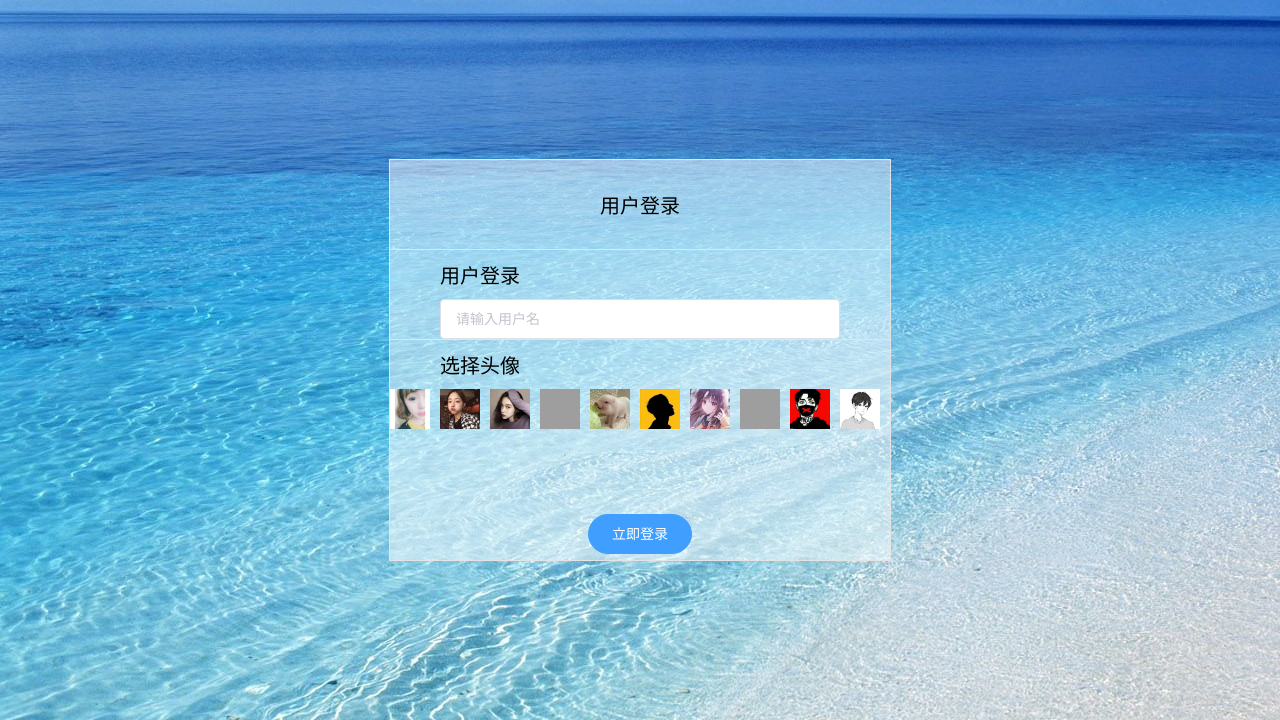
Repository: jinggegeZ/livechat
Page: /login
These files come from the project's save history. The page is drawn as it stood at one moment and after the next save; the edit follows.
The browser window is 1280 px wide. The pictures show the whole page.
Pictures or frames that could not be fetched are drawn as grey boxes. The project was rebuilt for these pictures with package versions that can differ from the ones it lists, and the page was loaded fresh each time. Also part of the build but not shown: src/views/Home.vue.

Above is the page before, as saved 2020-08-17 15:40:30.

### src/main.js
import Vue from 'vue'
import App from './App.vue'
import router from './router'
import store from './store'
import ElementUI from 'element-ui';
import 'element-ui/lib/theme-chalk/index.css';

Vue.config.productionTip = false
Vue.use(ElementUI);
new Vue({
  router,
  store,
  render: h => h(App)

}).$mount('#app')

### src/App.vue
<template>
  <div id="app">

    <router-view/>
  </div>
</template>

<style lang="scss">
@import'../src/style/commoent'

</style>

### src/router/index.js
import Vue from 'vue'
import VueRouter from 'vue-router'
import Home from '../views/Home.vue'

Vue.use(VueRouter)

  const routes = [
  {
    path: '/',
    name: 'Home',
    component: Home
  },
  {
    path: '/login',
    name: 'login',
    component: () => import('../views/login.vue')
  }
]

const router = new VueRouter({
  mode: 'history',
  base: process.env.BASE_URL,
  routes
})

export default router

### src/style/commoent.css
*{
    margin: 0;
    padding: 0;
  }
  html {
    width: 100%;
    height: 100%;
  }
  #app {
    width: 100%;
    height: 100%;
  }
  body {
    width: 100%;
    height: 100%;
  }

### src/views/login.vue
<template>
  <div class="content">
    <div class="content-c">
      <div class="loginbox">
        <div class="username">用户登录</div>
        <!-- 用户登录 -->
        <div class="username1">用户登录</div>
        <!-- 用户名 -->
        <div class="input">
          <div class="inputbox">
            <el-input v-model="username" placeholder="请输入用户名"></el-input>
          </div>
        </div>
        <!-- 选择头像 -->
        <div class="username1">选择头像</div>
        <!-- 选择头像 -->
        <div class="imgbox">
          <div class="imgbox1" v-for="(item,index) in imgs" :key="index">
            <div>
              <img class="imgbox2" :src="item.img" alt="">
            </div>
          </div>
        </div>
        <!-- 确认登录 -->
        <div class="login">
           <el-button type="primary" round>立即登录</el-button>
        </div>
      </div>
    </div>
  </div>
</template>

<script>
export default {
  name: "",
  props: {},
  components: {},
  data() {
    return {
      username: "",
      imgs:[
        {img: require('../../public/image/01.png')},
        {img: require('../../public/image/02.png')},
        {img: require('../../public/image/03.png')},
        {img: require('../../public/image/04.png')},
        {img: require('../../public/image/05.png')},
        {img: require('../../public/image/06.png')},
        {img: require('../../public/image/07.png')},
        {img: require('../../public/image/08.png')},
        {img: require('../../public/image/09.jpg')},
        {img: require('../../public/image/10.png')},
      ]
    };
  },
  methods: {},
  mounted() {},
  watch: {},
  computed: {},
};
</script>

<style scoped>
.content {
  width: 100%;
  height: 100%;
  display: flex;
  justify-content: center;
  align-items: center;
  background: url("../../public/image/02a28d595dea30839eeaa0fdd15dfce2.jpg")
    no-repeat;
  font-size: 20px;
}
.content-c {
  width: 100%;
  display: flex;
  justify-content: center;
  align-items: center;
}
.loginbox {
  width: 500px;
  height: 400px;
  border: 1px solid rgb(228, 228, 228);
  background: rgba(255, 255, 255, 0.5);
}
.username {
  width: 100%;
  height: 89px;
  display: flex;
  justify-content: center;
  align-items: center;
  border-bottom: 1px solid rgb(228, 228, 228);
}
.username1 {
  width: 100%;
  height: 49px;
  display: flex;
  justify-content: flex-start;
  align-items: center;
  margin-left: 50px;
}
.input {
  width: 100%;
  display: flex;
  justify-content: center;
  align-items: center;
  border-bottom: 1px solid rgb(228, 228, 228);
}
.inputbox {
  width: 80%;
}
.imgbox {
  width: 100%;
  display: flex;
  justify-content: center;
}
.imgbox1 {
  width: 80%;
  height: 120px;
}
.login {
  width: 100%;
  display: flex;
  justify-content: center;
  height: 50px;
  align-items: center;
}
.imgbox2 {
  width: 40px;
  height: 40px;
}
</style>

Loaded but not shown: public/index.html (common file); src/store/index.js (common file)

After the next save:
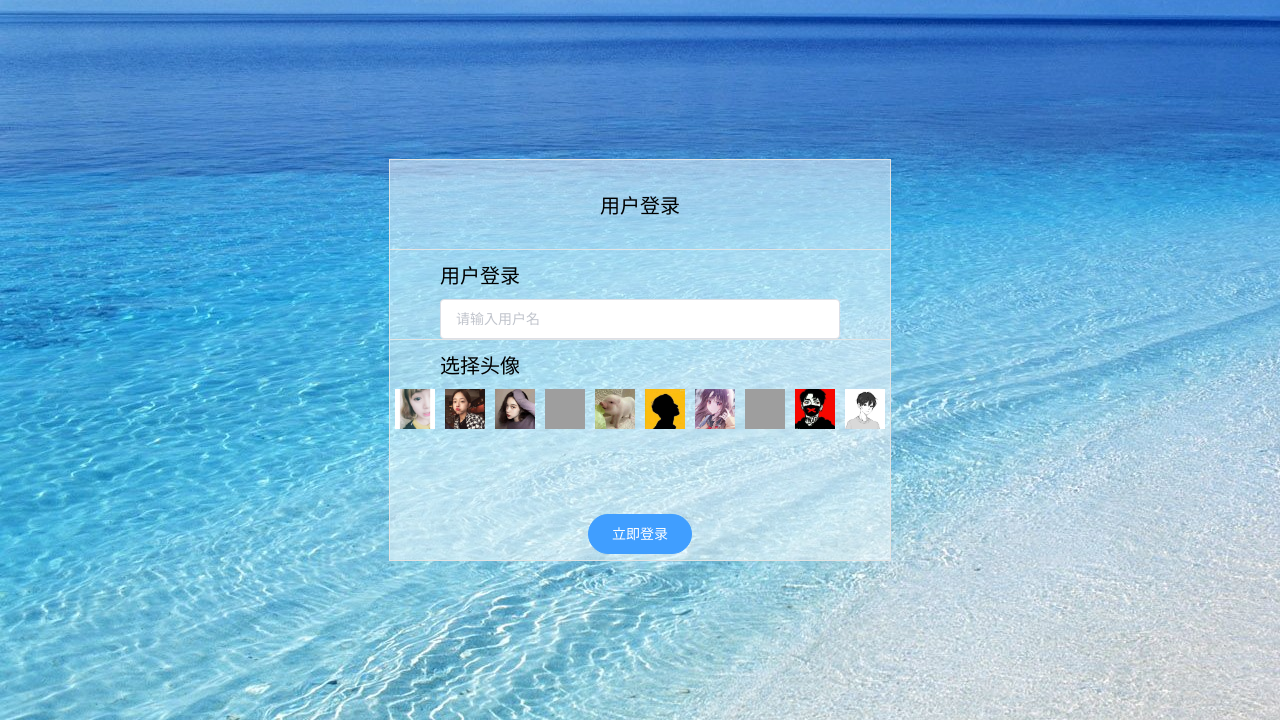
Saved 91 s later.
--- a/src/views/login.vue
+++ b/src/views/login.vue
@@ -116,6 +116,9 @@ export default {
 .imgbox1 {
   width: 80%;
   height: 120px;
+  display: flex;
+  flex-wrap: wrap;
+  justify-content: space-around;
 }
 .login {
   width: 100%;
